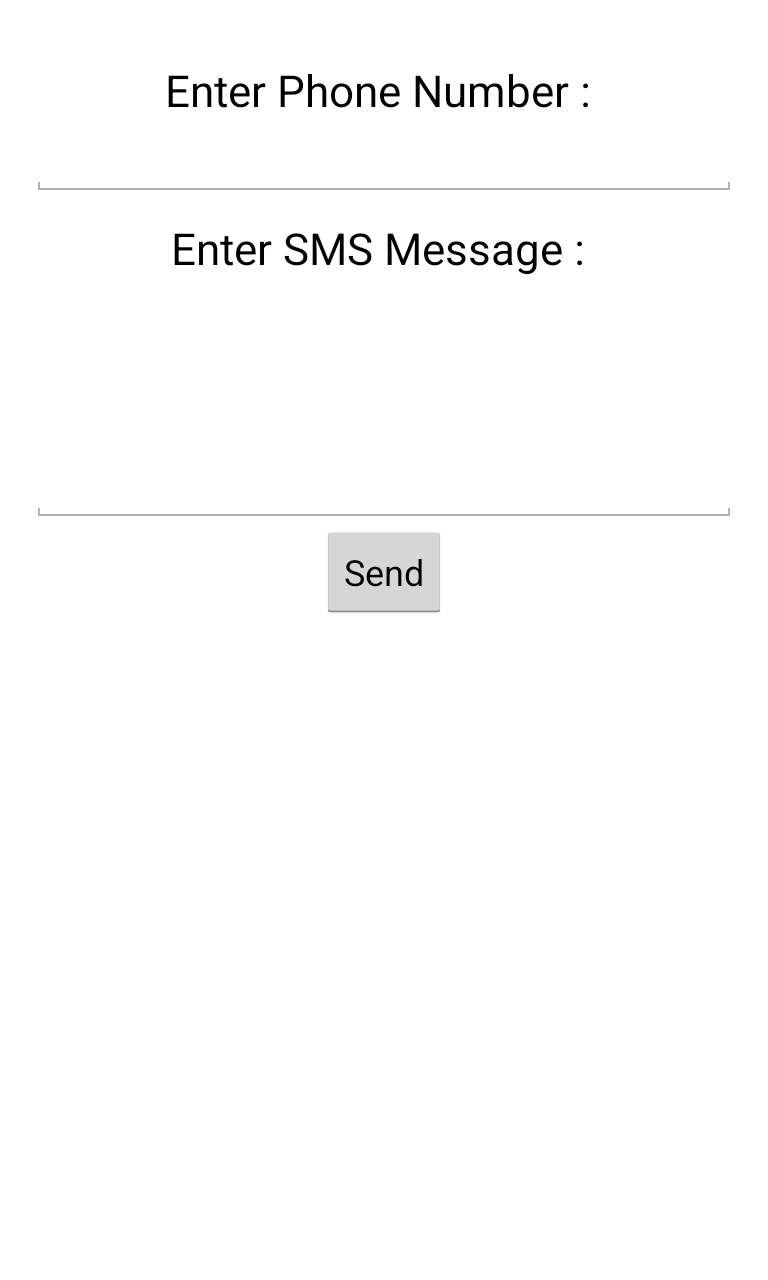
Repository: maya-alba/BasicInterface
Layout: SendSMS/res/layout/send_layout.xml
These files come from the project's save history. The layout is drawn as it stood at one moment and after the next save; the edit follows.
It is drawn on a 768 x 1280 px phone screen (xhdpi) without system bars, with theme AppTheme; the app's code is not run.

Above is the layout before, as saved 2014-03-23 03:54:38.

After the next save:
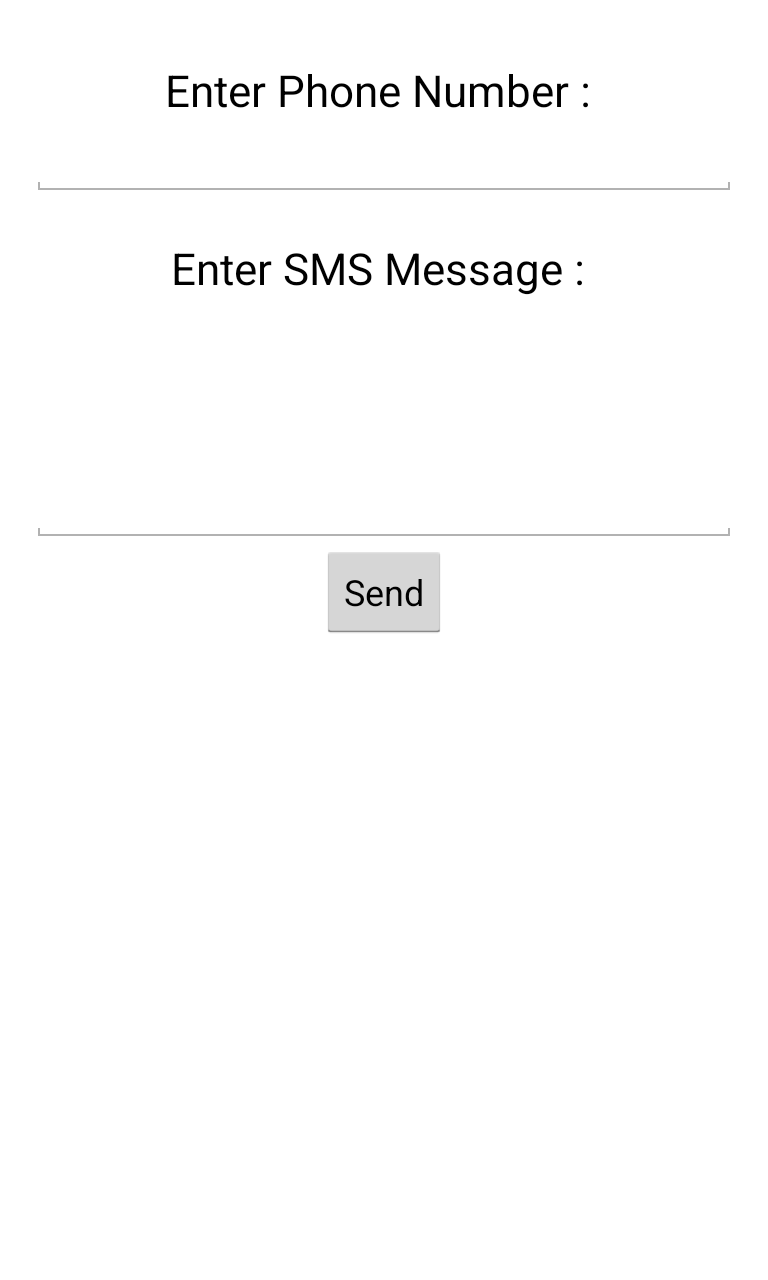
Saved 8 s later.
--- a/SendSMS/res/layout/send_layout.xml
+++ b/SendSMS/res/layout/send_layout.xml
@@ -29,7 +29,7 @@
         android:layout_width="wrap_content"
         android:layout_height="wrap_content"
         android:layout_gravity="center_horizontal"
-        android:layout_marginTop="10dp"
+        android:layout_marginTop="20dp"
         android:text="Enter SMS Message : "
         android:textAppearance="?android:attr/textAppearanceLarge" />
 
